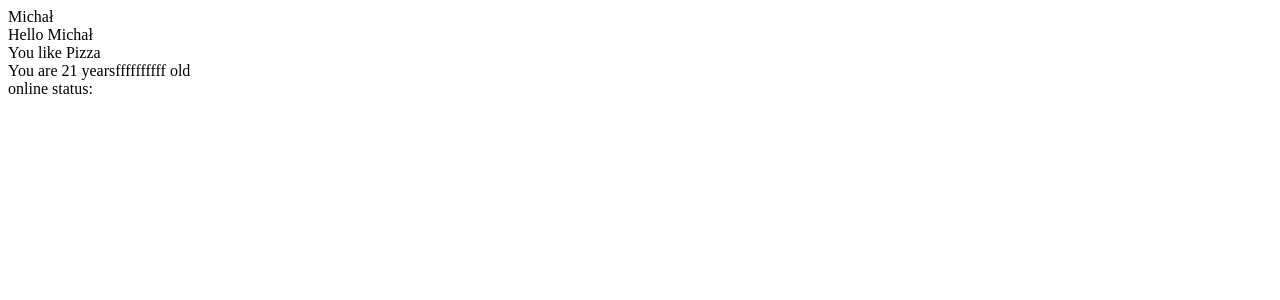
Repository: Nowacki97PL/PHPyt
Page: http://localhost/data.php
An editor plug-in stored every save of this project. The page is shown before and after the next save, followed by the edit.
The browser window is 1280 px wide. The pictures show the whole page.
The page is run by PHP 8.4 with error messages shown; the project is at /var/www/html/.

Above is the page before, as saved 2024-10-06 21:23:35.

### data.php
<?php
$name = "Michał";
$food = " Pizza";
$age = 21;
$employed = true;
$online = false;

echo $name;

echo "<br>Hello {$name}";
echo "<br>You like {$food}";
echo "<br>You are $age yearsffffffffff old";

echo "<br>online status: $online";

After the next save:
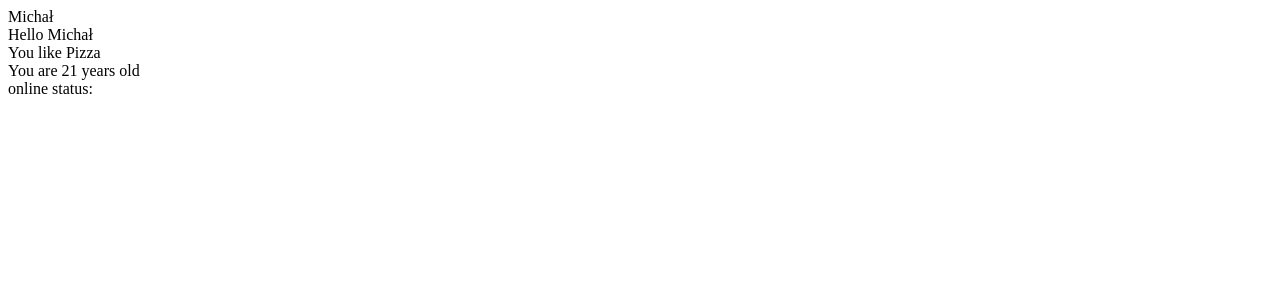
Saved 10 s later.
--- a/data.php
+++ b/data.php
@@ -9,6 +9,6 @@ echo $name;
 
 echo "<br>Hello {$name}";
 echo "<br>You like {$food}";
-echo "<br>You are $age yearsffffffffff old";
+echo "<br>You are $age years old";
 
 echo "<br>online status: $online";
